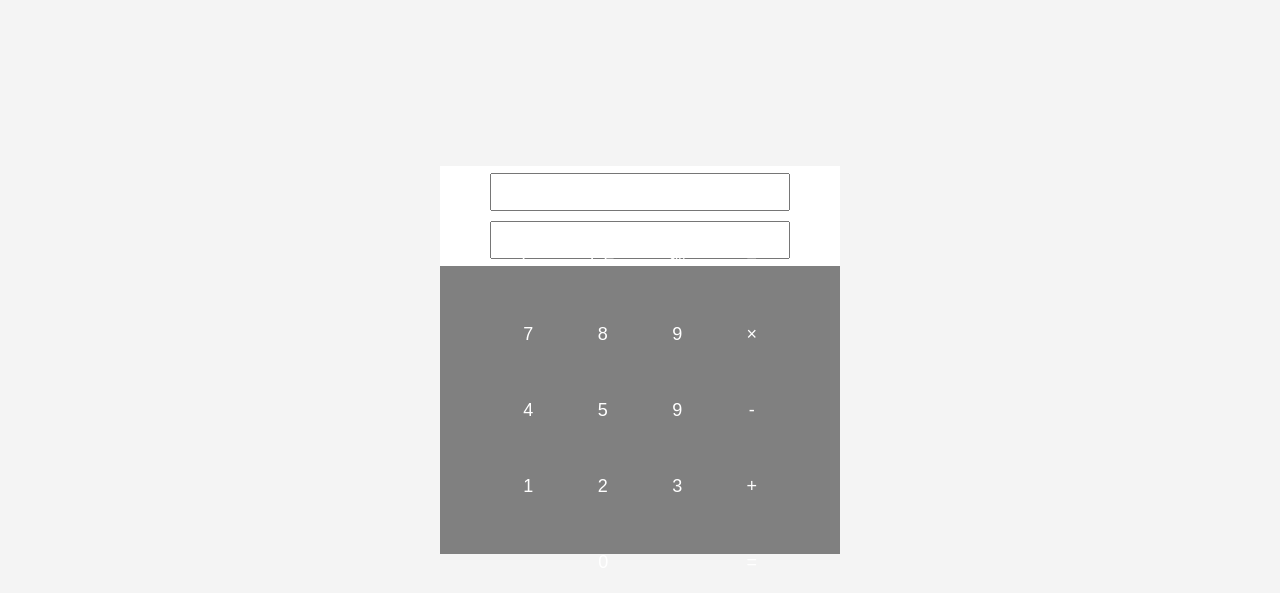
Repository: DNature/calc
Page: index.html
The author's editor kept a copy of each file at every save. The page is drawn from the files as they stood at one save, then again after the next save.
The browser window is 1280 px wide. The pictures show the whole page.

Above is the page before, as saved 2019-11-21 00:07:34.

After the next save:
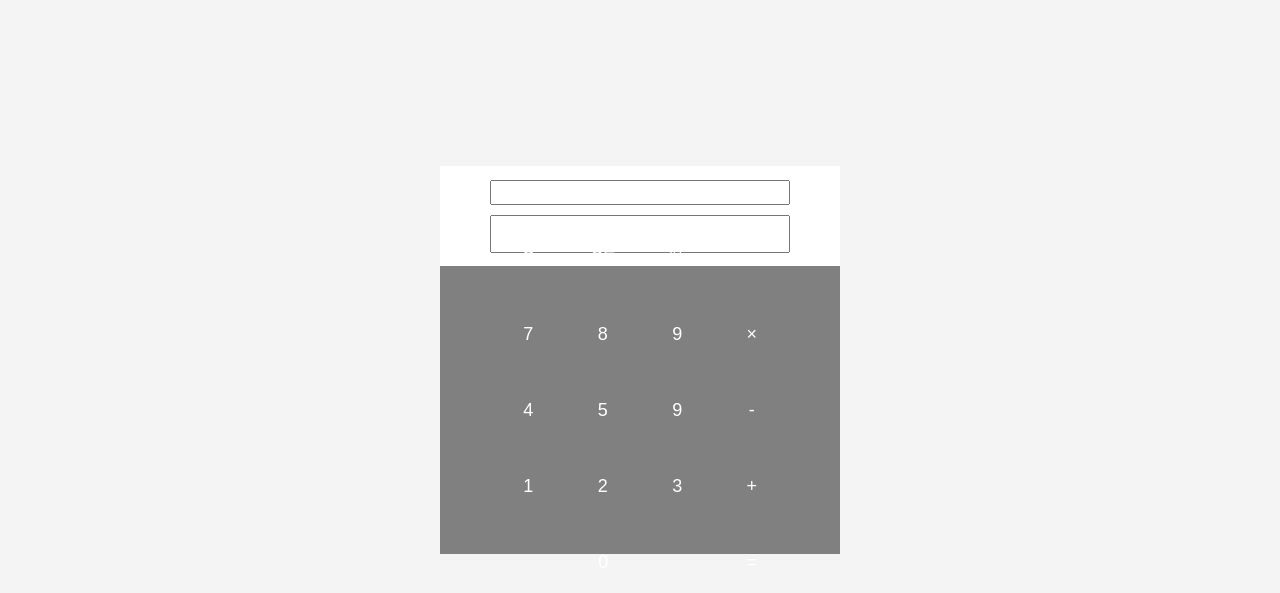
Saved 12 s later.
--- a/css/style.css
+++ b/css/style.css
@@ -81,6 +81,6 @@ body {
   text-align: right;
 }
 
-.display first-child {
+.display:first-child {
   font-size: 18px;
 }
